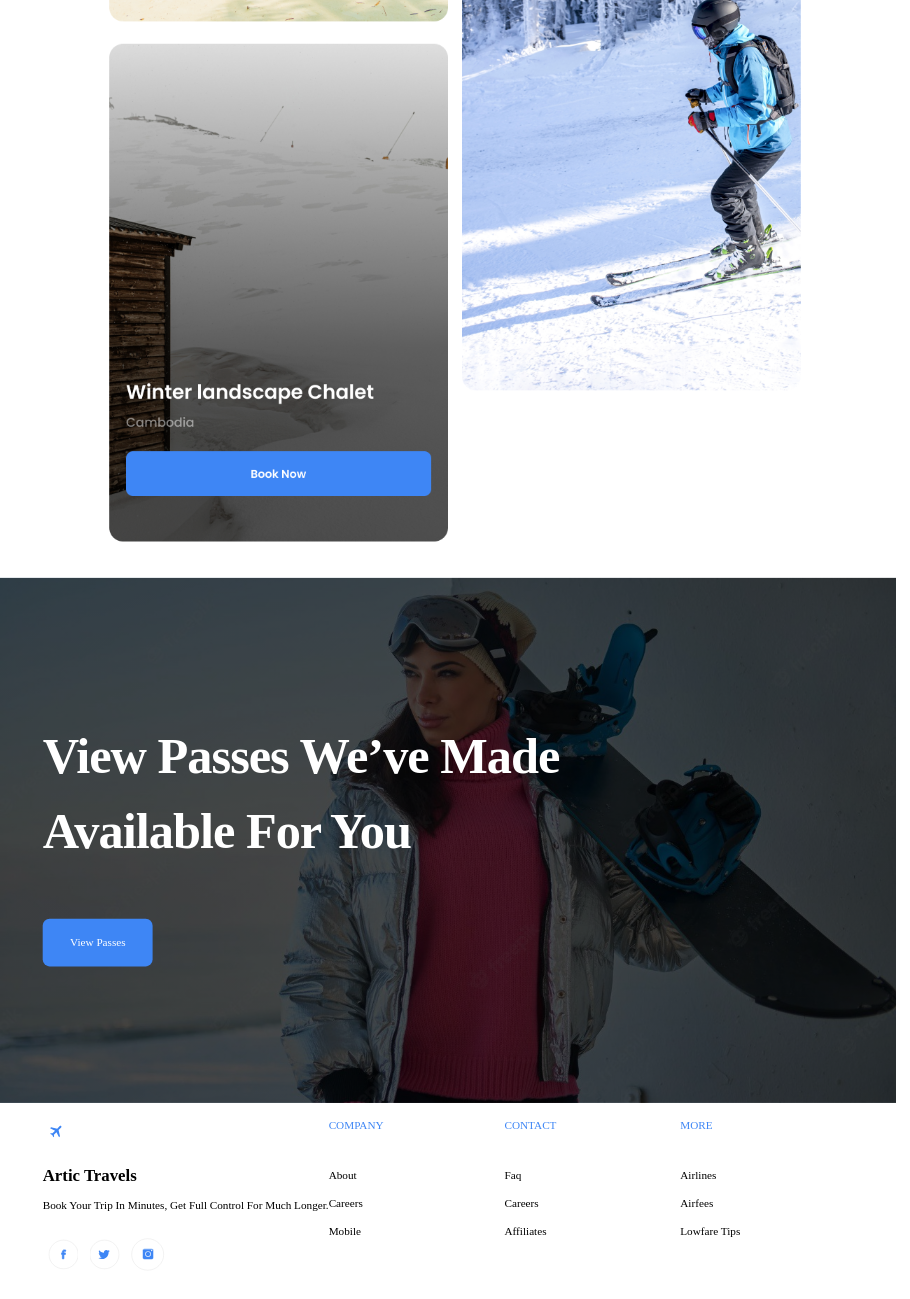
Repository: swissjake/arctic-travel-agency
Page: /
The author's editor kept a copy of each file at every save. The page is drawn from the files as they stood at one save, then again after a run of saves.
The browser window is 1280 px wide. The page is 1300 px wide, so the pictures cover 1300 px, including what lies to the right of the window. The pictures show the part of the page from y = 3701 to 5581 px (the page is 5557 px tall before and 5581 px after), at 70% of full size.
The project was rebuilt for these pictures with package versions that can differ from the ones it lists, and the page was loaded fresh each time. Also part of the build but not shown: src/App.css.

Above is the page before, as saved 2022-05-04 13:02:18.

### public/index.html
<!DOCTYPE html>
<html lang="en">
  <head>
    <meta charset="utf-8" />
    <link rel="icon" href="%PUBLIC_URL%/favicon.ico" />
    <meta name="viewport" content="width=device-width, initial-scale=1" />
    <meta name="theme-color" content="#000000" />
    <meta
      name="description"
      content="Web site created using create-react-app"
    />

    <title>Arctic Travel Agency</title>
  </head>
  <body>
    <noscript>You need to enable JavaScript to run this app.</noscript>
    <div id="root"></div>
    <!--
      This HTML file is a template.
      If you open it directly in the browser, you will see an empty page.

      You can add webfonts, meta tags, or analytics to this file.
      The build step will place the bundled scripts into the <body> tag.

      To begin the development, run `npm start` or `yarn start`.
      To create a production bundle, use `npm run build` or `yarn build`.
    -->
  </body>
</html>

### src/index.css
@tailwind base;
@tailwind components;
@tailwind utilities;

@import url('https://fonts.googleapis.com/css2?family=Poppins:wght@300;400;500;700&display=swap');


body{
    font-family: 'poppins';
}

@layer components {
    .container {
        @apply max-w-[1440px] mx-auto
    }
    .btn{
        @apply mt-[68px] bg-[#3E86F5] py-[22px] px-[39px] rounded-[10px] text-[16px] text-white
    }
    .booktrip{
        @apply font-medium text-[18px]
    }

}

.bookshadow{
    box-shadow: 0px 134px 193px rgba(183, 183, 183, 0.07), 0px 16.7789px 24.1666px rgba(183, 183, 183, 0.035);
}
/* .container {
    max-width: 1440px;
    margin: 0 auto;
} */

### src/pages/LandingPage.tsx
import Footer from "../components/Footer/Footer"
import Hero from "../components/Hero/Hero"
import HeroIcons from "../components/HeroIcons/HeroIcons"
import IceCold from "../components/IceCold/IceCold"
import Nav from "../components/Nav/Nav"
import Passes from "../components/Passes/Passes"
import Region from "../components/Region/Region"
import Resort from "../components/Resort/Resort"
import heroImage from '../assets/heroImage.jpeg'


const LandingPage = () => {
  return (
    <>
  <div>
  <div className="h-[780px]  w-full bg-no-repeat bg-center bg-cover" style={{backgroundImage:`linear-gradient(180deg, rgba(0, 0, 0, 0.65) 0%, rgba(0, 0, 0, 0.580838) 32.24%, rgba(0, 0, 0, 0.486293) 62.09%, rgba(0, 0, 0, 0) 98.06%), url(${heroImage})`}}>
     <Nav />
     <Hero />

  </div>

    <HeroIcons />
    <IceCold />
  </div>
  <Region />
  <Resort/>
  <Passes />

     {/*  style={{backgroundImage:`linear-gradient(180deg, rgba(0, 0, 0, 0.65) 0%, rgba(0, 0, 0, 0.580838) 32.24%, rgba(0, 0, 0, 0.486293) 62.09%, rgba(0, 0, 0, 0) 98.06%), url(${heroImage})`}} */}

     <Footer/>
    </>
  )
}

export default LandingPage

### src/components/Footer/Footer.tsx
import React from 'react'
import aeroplane from "../../assets/aeroplane.svg"
import facebook from "../../assets/facebook.svg"
import instagram from "../../assets/instagram.svg"
import twitter from "../../assets/twitter.svg"


const social=[facebook,twitter,instagram]
const company=["about","careers","mobile"]
const contact=["faq","careers","affiliates"]
const more=["airlines","airfees","lowfare tips"]





const Footer = () => {
  return (
      <footer className=''>
         <div className="container p-[20px] md:pl-[61px] md:pr-[57px]">
            <div className="md:flex justify-between">

<div className="mb-5 flex-2">
  <img src={aeroplane} className="mb-[27px]" alt="aeroplane" />
  <p className="capitalize text-2xl font-bold">artic travels</p>
  <p className="capitalize mt-[16px] mb-[34px]">Book your trip in minutes, get full
control for much longer.</p>
<div className="flex mt-5">

  {social.map((item,index)=> (<img src={item} className="mx-2 " alt="icons" />))}
</div>
</div>

<div className='mb-5 flex-1'>
  <h2 className="text-[#3E86F5] mb-[40px] uppercase">company</h2>
  <ul>
    {company.map((item,index)=>(
      <li className="capitalize leading-10">{item}</li>
    ))}
  </ul>
</div>

<div className='mb-5 flex-1'>
  <h2 className="text-[#3E86F5] mb-[40px] uppercase">contact</h2>
  <ul>
    {contact.map((item,index)=>(
      <li className="capitalize leading-10">{item}</li>
    ))}
  </ul>
</div>

<div className='mb-5 flex-1'>
  <h2 className="text-[#3E86F5] mb-[40px] uppercase">more</h2>
  <ul>
    {more.map((item,index)=>(
      <li className="capitalize leading-10">{item}</li>
    ))}
  </ul>
</div>


              </div>
         </div>
      </footer>

  )
}

export default Footer

### src/components/Hero/Hero.tsx

const Hero = () => {
  return (
    <section >
         <div className="container md:pl-[61px] p-[20px] md:pr-[57px]">
           {/* <img src={heroImage} alt="" /> */}
           <div className="pt-[160px] text-center md:text-left md:pt-[200px] text-white ">
           <h1 className="md:w-[46.6rem] md:whitespace-nowrap text-[32px] md:text-[56px] capitalize font-bold tracking-{-0.03em}">Plan the perfect winter trip</h1>
           <p className="md:w-[33rem] text-[14px] md:text-[22px] font-normal tracking-[-0.01em] mt-[20px]">Easily plan your ideal ski trip from home with the help of professionals</p>
           <button className="btn">Book Now</button>
           </div>
        </div>
    </section>

  )
}

export default Hero

//background: linear-gradient(180deg, rgba(0, 0, 0, 0.65) 0%, rgba(0, 0, 0, 0.580838) 32.24%, rgba(0, 0, 0, 0.486293) 62.09%, rgba(0, 0, 0, 0) 98.06%);

### src/components/HeroIcons/HeroIcons.tsx
import React from 'react'
import nike from '../../assets/nike.svg'
import applepay from '../../assets/applepay.svg'
import silverstar from '../../assets/silverstar.svg'
import intra from '../../assets/intra.svg'
import mastercard from '../../assets/mastercard.svg'
import BookTrip from '../BookTrip/BookTrip'



const HeroIcons = () => {

  return (
    <section className='bg-[#F8F9FC]'>
         <BookTrip />
        <div className='container md:h-[243px]'>
            <div className='flex flex-wrap md:flex-nowrap items-center justify-center px-3 pb-[45px]  md:px-[222px] pt-[200px] md:pt-[149px] space-y-6 md:space-y-0'>
                    <div className='md:mr-[120px] mr-[40px]'>
                        <img className='w-[96px] h-[50px]' src={nike} alt="nike" />
                    </div>
                    <div className='md:mr-[126px] mr-[40px]'>
                        <img className='w-[96px] h-[56px]' src={applepay} alt="applepay" />
                    </div>
                    <div className='md:mr-[128px] mr-[40px]'>
                        <img className='w-[126px] h-[57px]' src={silverstar} alt="silver" />
                    </div>
                    <div className='md:mr-[130px] mr-[40px]'>
                        <img className='w-[108px] h-[46px]' src={intra} alt="intra" />
                    </div>
                    <div className=''>
                        <img className='w-[64px] h-[64px]' src={mastercard} alt="mastercard" />
                    </div>
            </div>

        </div>
    </section>
    )
}

export default HeroIcons

### src/components/IceCold/IceCold.tsx
import React from 'react'
import map from '../../assets/map.svg'
import arrow from '../../assets/Arrow.svg'

const IceCold = () => {
  return (
      <section className='bg-[#F8F9FC]'>
         <div className='container h-[693px] p-[20px] pt-[179px] md:pl-[40px]'>
             <div className='h-[492px] relative  bg-[rgba(62, 134, 245, .2)]' style={{backgroundImage:`url(${map})`}}>
                <h1 className='w-full md:w-[791px] leading-[54px] tracking-[-0.02em] text-[black] font-semibold left-[50%] translate-x-[-50%] absolute top-[-60px] h-[108px] text-[30px] md:text-[40px] text-center'>Creating the best <span className='text-[#3E86F5]'>ice-cold!</span> experience you would never forget.</h1>

                 <p className='w-full md:w-[697px] md:h-[72px] absolute left-[50%] translate-x-[-50%] text-[rgba(0, 0, 0, 0.5)] text-[18px] md:text-[24px] mt-[120px] md:mt-[60px] text-center leading-[36px] font-normal'>Would you explore nature paradise in the world, find the best destination in the world with us.</p>
                <div className=''>
                    <h1 className='w-full md:w-[454px] md:h-[50px] md:whitespace-nowrap absolute mb-[75px] md:mb-[150px] bottom-0 left-[50%] translate-x-[-50%] font-semibold text-[#000000] text-[40px] text-center leading-[60px] tracking-[-0.02em]'>View Regions available</h1>
                    <img className='absolute bottom-0 left-[50%] translate-x-[-50%] mb-[36px] md:mb-[73px]' src={arrow} alt="/" />
                </div>
             </div>

        </div>
      </section>

  )
}

export default IceCold

### src/components/Nav/Nav.tsx
import React, {useState} from 'react'
import aeroplane from "../../assets/aeroplane.svg";
import {AiOutlineClose, AiOutlineMenu} from 'react-icons/ai'

const Nav = () => {
  const [close, setClose]=useState(true)


  const navitems:string[] = ["About us", "Support", "Language"];
  return (
    <section className=''>
<div className='container  top-0 flex md:pl-[61px] justify-between p-[20px] md:pr-[57px]'>
  <div className="flex items-center">
  <img src={aeroplane} className="mr-[10px]" alt="aeroplane" />
  <h2 className='capitalize font-bold text-white mr-[56px]'>artic travels</h2>
 <ul className="inline hidden md:block">
   {navitems.map((item:string, index) => <li key={index} className="inline capitalize text-white mr-[40px]"><button>{item}</button></li>)}
 </ul>
  </div>

  <button className='hidden md:block text-[#3E86F5] h-[48px] rounded-[10px] w-[151px] bg-white'>
  Sign in
</button>
<button className='md:hidden block' onClick={()=>setClose(!close)}>
<AiOutlineMenu size={20} className='text-white'/>
</button>
</div>
<div style={{width:close?"0%":"100%",transition:"all .5s"}} className="fixed md:hidden block overflow-hidden  flex h-[100%] top-0 bg-black z-50">
<ul className="inline m-auto">
   {navitems.map((item:string) => <li className="leading-10 text-white"><button onClick={()=>setClose(true)} className="capitalize">{item}</button></li>)}
 </ul>
 <button className='hidden text-[#3E86F5] h-[48px] rounded-[10px] w-[151px] bg-white'>
  Sign in
</button>


<button onClick={()=>setClose(!close)} className="absolute top-[5%] right-[5%] border-white border-[4px] font-bold p-1 rounded-full"><AiOutlineClose size={20} className='fill-white'/></button>

</div>

    </section>
  )
}

export default Nav

// npm install @mui/icons-material

### src/components/Passes/Passes.tsx
import React from 'react'
import passes from '../../assets/passesimg.jpg'

const Passes = () => {
  return (
      <section className='bg-center bg-cover bg-no-repeat' style={{backgroundImage: `linear-gradient(0deg, rgba(0, 0, 0, 0.7), rgba(0, 0, 0, 0.7)),url(${passes})`, backgroundPosition:"center 25%"}}>
            <div className='container h-[500px] md:h-[750px] md:pl-[61px]  md:pr-[57px]  text-white' >
                <div className=' text-center md:text-left'>
                <h1 className='md:w-[1017px] pt-[120px] md:pt-[200px] font-semibold text-[36px] md:text-[72px] leading-[54px] md:leading-[108px] tracking-[-0.02em]'>View Passes We’ve Made Available For You</h1>
                <button className='btn mt-[40px] md:mt-[71px]'>View Passes</button>
                </div>
            </div>
      </section>

  )
}

export default Passes

### src/components/Region/Region.tsx
import React from 'react'
import region1 from '../../assets/region1.png'
import region2 from '../../assets/region2.png'
import region3 from '../../assets/region3.png'


const Region = () => {
  return (
      <section>
             <div className=''>
                 <div className='flex '>
             <div className='flex-1'>
             <img className="w-full" src={region1} alt="/"/>
             </div>

               <div className="flex-1">
               <img className="w-full" src={region2} alt="/" />

               </div>

             <div className="flex-1">
                <img className='w-full'  src={region3} alt="/" />
            </div>



            </div>
            </div>
      </section>

  )
}

export default Region

### src/components/Resort/Resort.tsx
import React from 'react'
import picture1 from "../../assets/picture1.png"
import picture2 from "../../assets/picture2.png"
import picture3 from "../../assets/picture3.png"
import picture4 from "../../assets/picture4.png"
const Resort = () => {
  return (
 <section>
   <div className="container p-[20px] pt-[179px] md:pl-[40px]">
<div className="md:flex gap-5 justify-between">

  <div className="flex-1">
  <p className="text-[3rem] md:w-[80%] w-full mb-[4.5rem] font-[600] tracking-[-0.02em]">The best resorts to chill and relax</p>
  <div className="w-full flex justify-end flex-wrap">
  <img src={picture1} className="mb-[32px]" alt="" />
<img src={picture2} className="mb-[32px]" alt="" />
  </div>

  </div>

<div className="flex-1">
<img src={picture3} className="mb-5 mb-[32px]" alt="" />
<img src={picture4} alt="" />
</div>

  </div>
   </div>
 </section>
  )
}

export default Resort

### src/components/BookTrip/BookTrip.tsx
import React from 'react'
import location from '../../assets/location.svg'
import aero from '../../assets/aero.svg'
import user from '../../assets/user.svg'
import dropdown from '../../assets/dropdown.svg'
import checkin from '../../assets/checkin.svg'

const BookTrip = () => {
  return (
      <section>
            <div className='container p-2 md:p-0 md:relative'>

                <div className='bookshadow md:w-[1320px] md:absolute bg-white rounded-[16px] md:z-40 md:h-[140px] md:mt-[-75px] md:left-[50%] md:translate-x-[-50%] md:space-x-[120px] md:flex-row flex flex-col p-7  items-center justify-center'>
                    <div className='mb-4 md:mb-0'>
                        <div className='flex'>
                            <img className="mr-[20px]" src={location} alt="/" />
                            <p className='font-medium text-[#929191] text-[16px] tracking-[0.08em] leading-[24px] uppercase'>location</p>
                        </div>
                        <div className='flex'>
                            <p className="booktrip">Iceland</p>
                            <img className="ml-[8px]" src={dropdown} alt="/" />
                        </div>
                    </div>

                    <div className='mb-4 md:mb-0'>
                        <div className='flex'>
                            <img className="mr-[20px]" src={user} alt="/" />
                         <p className='font-medium text-[#929191] text-[16px] tracking-[0.08em] leading-[24px] uppercase'>Persons</p>
                    </div>
                    <div className='flex'>
                        <p className="booktrip">4 Persons</p>
                        <img className="ml-[8px]" src={dropdown} alt="/" />
                    </div>
                </div>

                <div className='mb-4 md:mb-0'>
                    <div className='flex'>
                        <img className="mr-[20px]" src={checkin} alt="/" />
                         <p className='font-medium text-[#929191] text-[16px] tracking-[0.08em] leading-[24px] uppercase'>check in</p>
                    </div>
                    <div className='flex'>
                        <p className="booktrip">12 January 2022</p>
                        <img className="ml-[8px]" src={dropdown} alt="/" />
                    </div>
                </div>

                <div className=''>
                    <div className='flex'>
                        <img className="mr-[20px]" src={checkin} alt="/" />
                         <p className='font-medium text-[#929191] text-[16px] tracking-[0.08em] leading-[24px] uppercase'>checkout</p>
                    </div>
                    <div className='flex'>
                        <p className="booktrip">18 January 2022</p>
                        <img className="ml-[8px]" src={dropdown} alt="/" />
                    </div>
                </div>
                <button className='btn flex md:my-[38px]'>Book Trip <img className='ml-[12px]' src={aero} alt="/" /> </button>
                </div>
            </div>
    </section>


  )
}

export default BookTrip

Loaded but not shown: src/index.tsx (common file); src/App.tsx (common file); tailwind.config.js (common file)

After the next 3 saves:
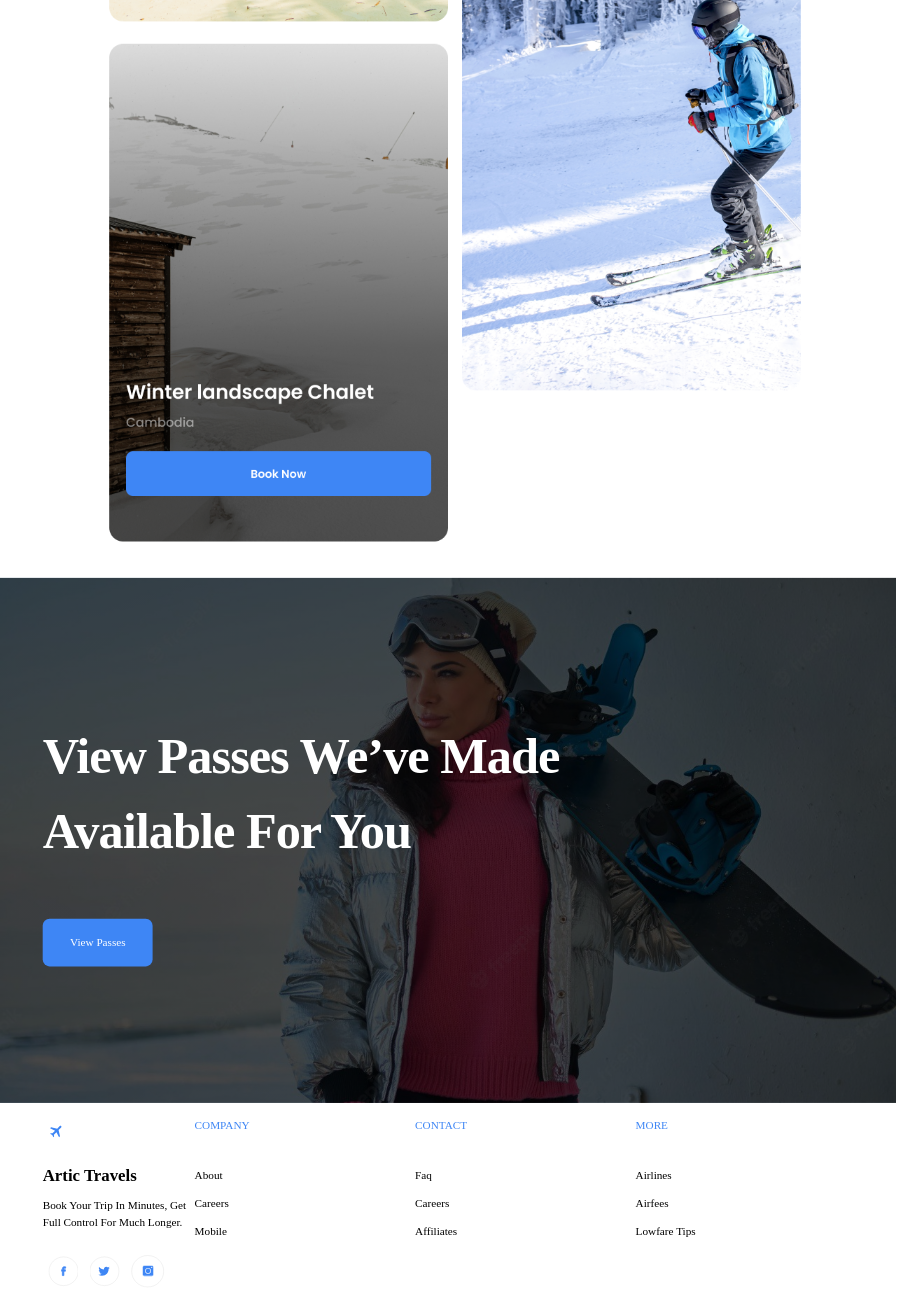
The 3 saves are shown as one change because they came seconds apart.
The last was saved 41 s later.
--- a/src/components/Footer/Footer.tsx
+++ b/src/components/Footer/Footer.tsx
@@ -20,7 +20,7 @@
          <div className="container p-[20px] md:pl-[61px] md:pr-[57px]">
             <div className="md:flex justify-between">
 
-<div className="mb-5 flex-2">
+<div className="mb-5 flex-2 w-[217px]">
   <img src={aeroplane} className="mb-[27px]" alt="aeroplane" />
   <p className="capitalize text-2xl font-bold">artic travels</p>
   <p className="capitalize mt-[16px] mb-[34px]">Book your trip in minutes, get full

After the save that followed:
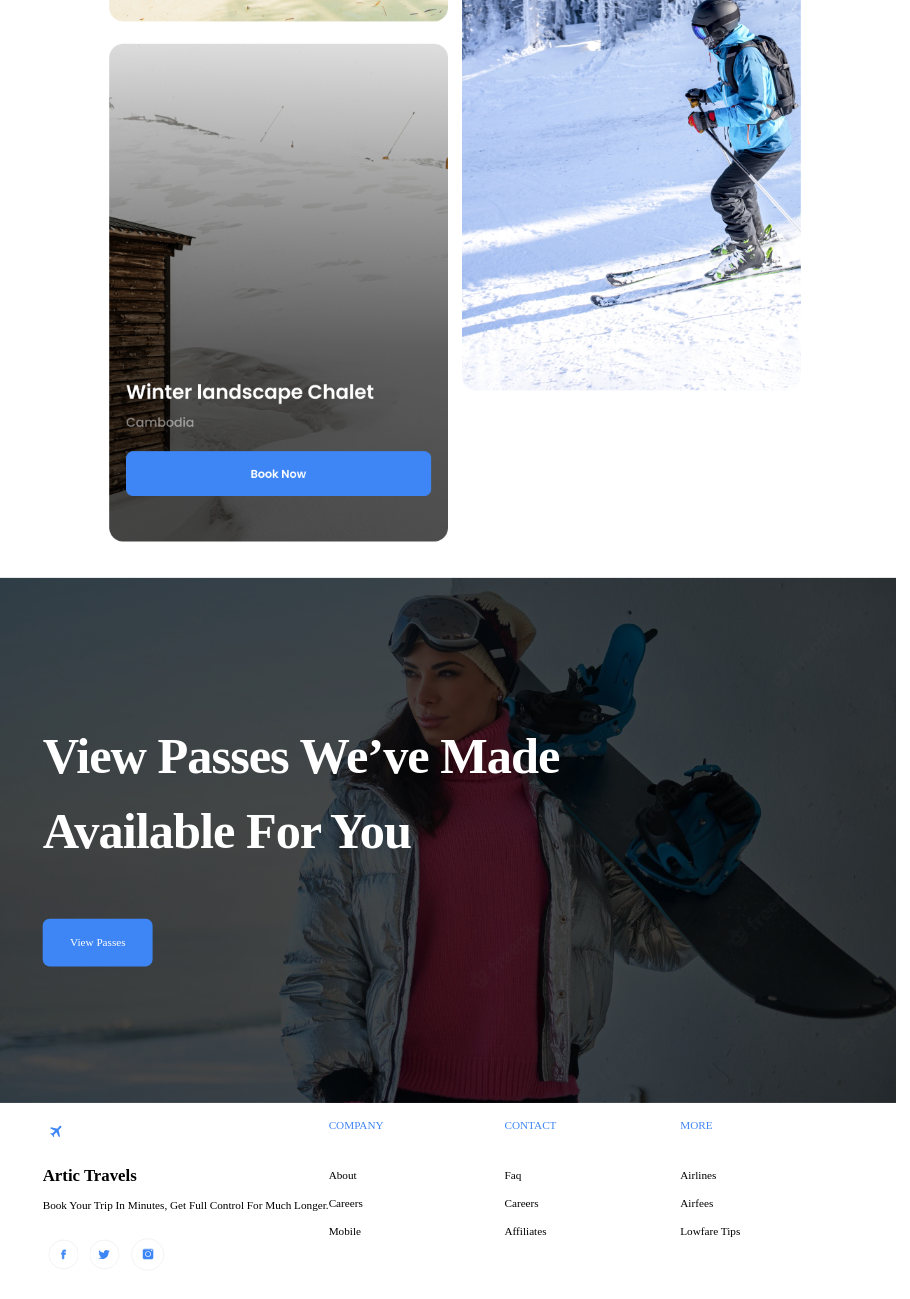
Saved 20 s later.
--- a/src/components/Footer/Footer.tsx
+++ b/src/components/Footer/Footer.tsx
@@ -20,7 +20,7 @@
          <div className="container p-[20px] md:pl-[61px] md:pr-[57px]">
             <div className="md:flex justify-between">
 
-<div className="mb-5 flex-2 w-[217px]">
+<div className="mb-5 flex-2 ">
   <img src={aeroplane} className="mb-[27px]" alt="aeroplane" />
   <p className="capitalize text-2xl font-bold">artic travels</p>
   <p className="capitalize mt-[16px] mb-[34px]">Book your trip in minutes, get full
